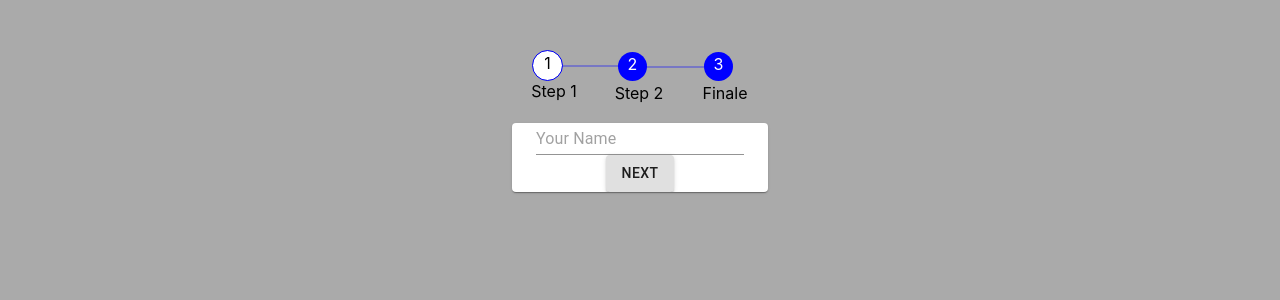
Repository: SD-Mdouka/project_step
Page: /
An editor plug-in stored every save of this project. The page is shown before and after the next save, followed by the edit.
The browser window is 1280 px wide. The pictures show the whole page.
The project was rebuilt for these pictures with package versions that can differ from the ones it lists, and the page was loaded fresh each time.

Above is the page before, as saved 2022-09-05 17:48:22.

After the next save:
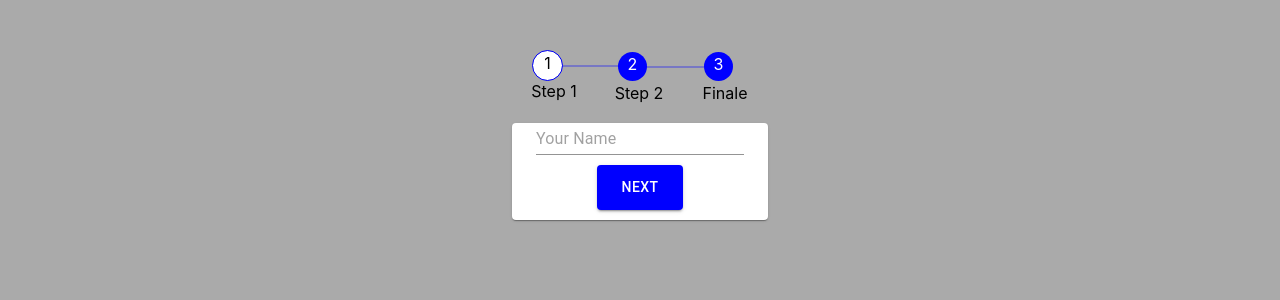
Saved 57 s later.
--- a/src/index.css
+++ b/src/index.css
@@ -82,15 +82,15 @@ code {
 }
 
 .primaryBtn {
-    padding: 10px 25px;
-    background-color: blue;
-    border: none;
-    margin: 10px;
-    color: white;
-    border-radius: 4px;
-    -webkit-border-radius: 4px;
-    -moz-border-radius: 4px;
-    -ms-border-radius: 4px;
-    -o-border-radius: 4px;
-    cursor: pointer;
+    padding: 10px 25px !important;
+    background-color: blue !important;
+    border: none !important;
+    margin: 10px !important;
+    color: white !important;
+    border-radius: 4px !important;
+    -webkit-border-radius: 4px !important;
+    -moz-border-radius: 4px !important;
+    -ms-border-radius: 4px !important;
+    -o-border-radius: 4px !important;
+    cursor: pointer !important;
 }
